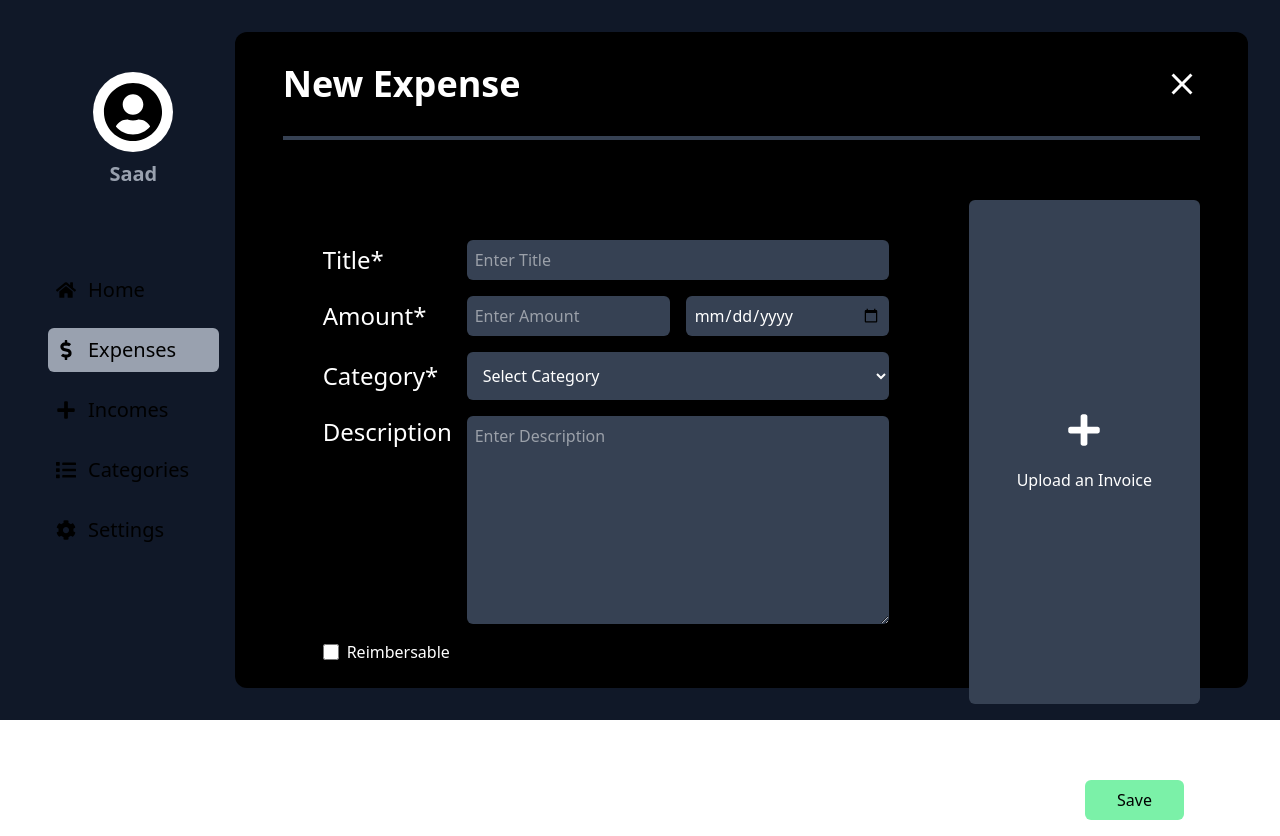
Repository: saad-naveed-brainx/Expense
Page: /expenses
The author's editor kept a copy of each file at every save. The page is drawn from the files as they stood at one save, then again after the next save.
The browser window is 1280 px wide. The pictures show the whole page.
The project was rebuilt for these pictures with package versions that can differ from the ones it lists, and the page was loaded fresh each time. Also part of the build but not shown: vite.config.js, src/components/LandingPage.jsx, src/components/NotUsed.jsx.

Above is the page before, as saved 2025-09-04 17:43:52.

After the next save:
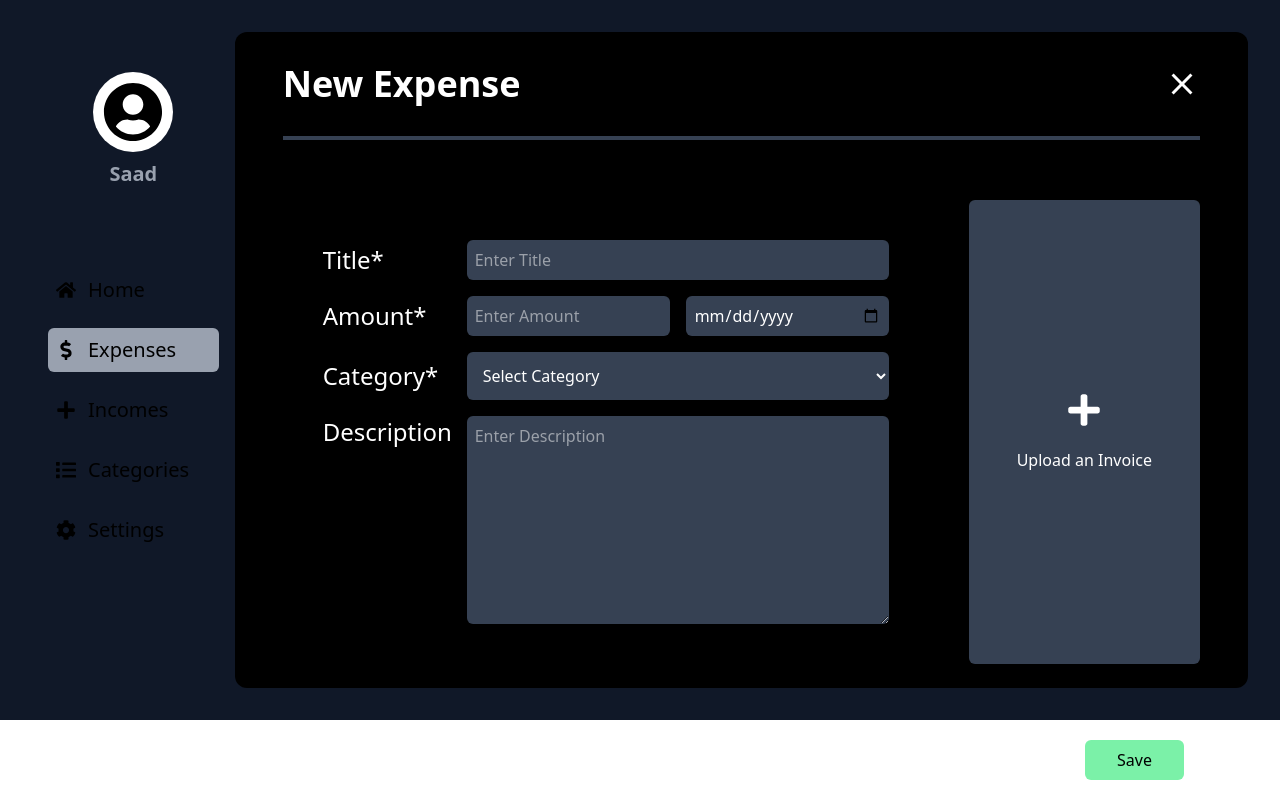
Saved 25 s later.
--- a/src/components/Expenses.jsx
+++ b/src/components/Expenses.jsx
@@ -58,10 +58,7 @@ export default function Expenses() {
               <h1 className='text-2xl w-32 shrink-0'>Description</h1>
               <textarea rows="8" type="text" placeholder='Enter Description' className='bg-gray-700 rounded-md p-2 flex-1 min-w-0' {...register("description")} />
             </div>
-            <div className='flex gap-2 items-center'>
-              <input type="checkbox" name="reimbersable" id="reimbersable" className='w-4 h-4 ' {...register("reimbersable")} />
-              <label htmlFor="reimbersable">Reimbersable</label>
-            </div>
+
           </form>
         </div>
         <div className='bg-gray-700 rounded-md p-2 h-full w-full flex flex-col gap-5 items-center justify-center cursor-pointer'>
